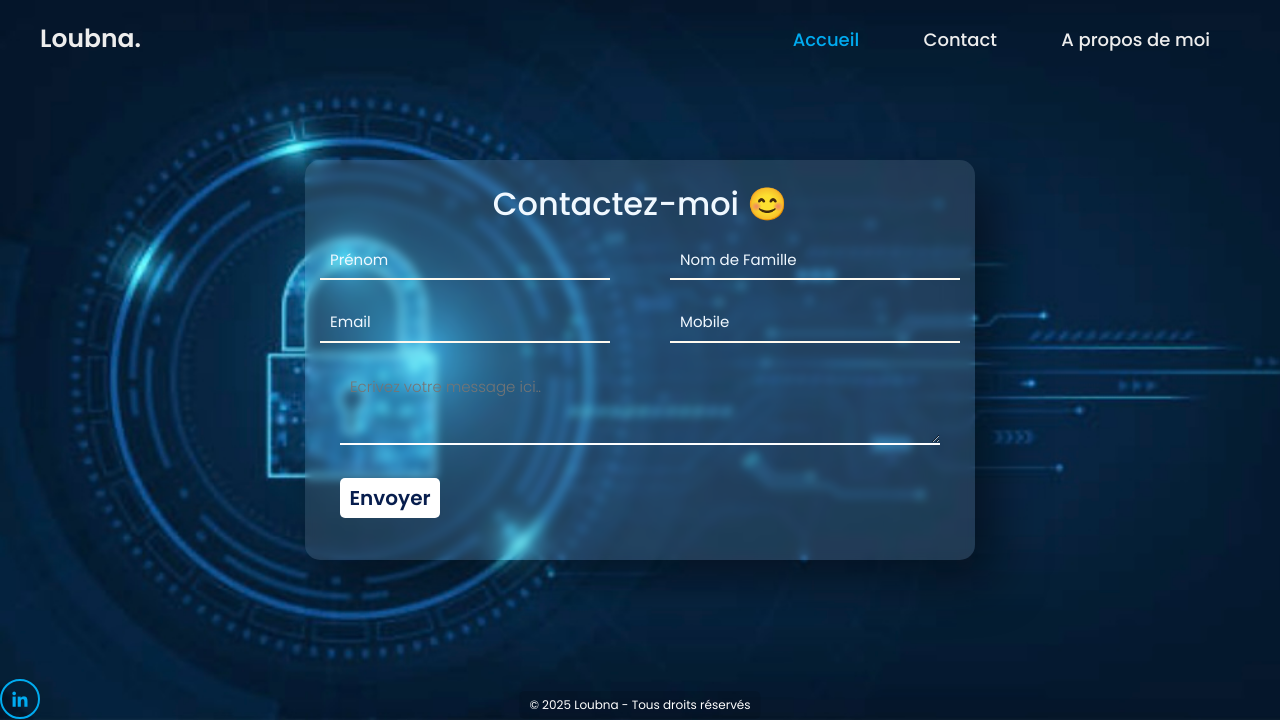
Repository: Loubna77290/Portfolio-de-Loubna
Page: contact.html
An editor plug-in stored every save of this project. The page is shown before and after the next save, followed by the edit.
The browser window is 1280 px wide. The pictures show the whole page.

Above is the page before, as saved 2025-03-11 00:06:37.

### contact.html
<!DOCTYPE html>
<html lang="en">
<head>
    <meta charset="UTF-8">
    <meta name="viewport" content="width=device-width, initial-scale=1.0">
    <title>Fiche contact</title>
    <link rel="stylesheet" href="style.css">
    <link href='https://unpkg.com/boxicons@2.1.4/css/boxicons.min.css'rel='stylesheet'>
</head>
<body>

  <header class="header">
        <a href="#" class="logo">Loubna.</a>
         <nav class="navbar">
            <a href="/index.html"class="active">Accueil</a>
            <a href="/contact.html">Contact</a>
            <a href="about.html">A propos de moi</a>
        </nav>
    </header>

    <div class="contact-background">
        <form>
            <h1>Contactez-moi &#128522;</h1>
            <input type="text" id="firstname" placeholder="Prénom"required>
            <input type="text" id="lastname" placeholder="Nom de Famille"required>
            <input type="email" id="email" placeholder="Email"required>
            <input type="text" id="mobile" placeholder="Mobile"required>
            <textarea id="message" placeholder="Ecrivez votre message ici.."required></textarea>
            <input type="submit" value="Envoyer" id="button">
        </form>



    </div>
    </section>

    <div class="home-sci">
        <a href="https://www.linkedin.com/in/loubna-m-baaa031a6/"target="_blank"><i class='bx bxl-linkedin'></i></a>
     </div>
</body>

    <footer>
        <p>&copy; 2025 Loubna - Tous droits réservés </p>
       </footer>
</html>

### style.css
@import url('https://fonts.googleapis.com/css2?family=Poppins:wght@300;400;500;600;700;800;900&display=swap');

* {
    margin: 0;
    padding: 0;
    box-sizing: border-box;
    font-family: 'Poppins', sans-serif;

}

body {
    background: #081b29;
    color: #ededed;

}

.header {
    position:fixed;
    top: 0;
    left:0;
    width: 100%;
    padding: 20px 10px;
    background: transparent;
    display: flex;
    justify-content: space-between;
    align-items: center;
    z-index: 100;
}


.logo {
    position: relative;
    margin-left: 30px;
    font-size: 25px;
    color: #ededed;
    text-decoration: none;
    font-weight: 600;

}

.logo::before {
    content: '';
    position: absolute;
    top: 0;
    right: 0;
    width: 100%;
    height: 100%;
    background: #081b29b6;
    animation: showRight 1s ease forwards;
    animation-delay: .4s;;
}

.navbar a {
    font-size: 18px;
    color: #ededed;
    text-decoration: none;
    font-weight: 500;
    margin-right: 60px;
    justify-content: flex-end;
    transition: .3s;

}

.navbar a:hover,
.navbar a.active {
    color: #00abf0;

}

.accueil {
    position: relative;
    height: 100vh;
    background: url(./IMG_7408.jpg) no-repeat center center;
    background-size: cover;
    display: flex;
    align-items: center;
    padding: 0 10%;

}

.accueil-contenu {
    background: transparent;
    max-width: 600px;


    }

.accueil-contenu h2 {
    font-size: 45px;
    font-weight: 700;
    line-height: 1.2;
    white-space: nowrap;
}

.accueil-contenu h2::before {
    content: '';
    position: absolute;
    top: 0;
    right: 0;
    width: 100%;
    height: 100%;
    background: #081b29;
    animation: showRight 1s ease forwards;
    animation-delay: 1s;
}

.accueil-contenu h3 {
    font-size: 30px;
    font-weight: 600;
    color: #0ff;

}

.accueil-contenu p {
    font-size: 16px;
    margin: 20px  0 40px;
    line-height: 1.2;
}

.accueil-contenu .btn-box {
    position: relative;
    display: flex;
    justify-content: space-between;
    width: 380px;
    height: 60px;

}

.accueil-contenu .btn-box::before {
    content: '';
    position: absolute;
    top: 0;
    right: 0;
    width: 100%;
    height: 100%;
    background: #081b294d;
    animation: showRight 1s ease forwards;
    animation-delay: 1.9s;
    z-index: 2;
}

.btn-box a {
    position: relative;
    display: inline-flex;
    justify-content: center;
    align-items: center;
    width: 150px;
    height: 110%;
    background: #00abf0;
    border: 2px solid #00abf0;
    border-radius: 8px;
    font-size: 19px;
    color: #081b29;
    text-align: center;
    text-decoration: none;
    font-weight: 600;
    letter-spacing: 1px;
    z-index: 1;
    overflow: hidden;
    transition: .5s;
}

.btn-box a:hover {
    color: #00abf0;

}

.btn-box a:nth-child(2) {
    background: transparent;
    color:#00abf0
}

.btn-box a:nth-child(2):hover {
    color:#081b29;
}


.btn-box a:nth-child(2)::before {
    background: #00abf0;
    }

.btn-box a::before {
    content: '';
    position: absolute;
    top: 0;
    left: 0;
    width: 0;
    height: 100%;
    background: #081b29;
    z-index: -1;
    transition: .5s;
}

.btn-box a:hover::before {
    width: 100%;
    }

.home-sci {
    position: absolute;
    bottom: 1px;
    width: 150px;
    display: flex;
    justify-content: space-between;
}

.home-sci::before {
    content: '';
    position: absolute;
    top: 0;
    right: 0;
    width: 100%;
    height: 100%;
    background: #081b29;
    animation: showRight 1s ease forwards;
    animation-delay: 2.5s;
    z-index: 2;
}

.home-sci a {
    position: relative;
    display: inline-flex;
    justify-content: center;
    align-items: center;
    width: 40px;
    height: 40px;
    background: transparent;
    border: 2px solid #00abf0;
    border-radius: 50%;
    font-size: 20px;
    text-decoration: none;
    z-index: 1;
    overflow: hidden;
    transition: .5s;
    color: #00abf0;
}

.home-sci a:hover {
    color: #081b29;

}
.home-sci a::before {
    content: '';
    position: absolute;
    top: 0;
    left: 0;
    width: 0;
    height: 100%;
    background:#00abf0;
    transition: .5s;
    z-index: -1;
}

.home-sci a:hover::before {
    width: 100%;
}

/* KEYFRAMES ANIMATION */
@keyframes showRight {
    100% {
        width: 0;
    }
}

.contact-background  {
    background: url('IMG_7400.jpg');
    min-height: 100vh;
    height: 100vh;
    background-size: cover;
    display: flex;
    justify-content: center;
    align-items: center;
}

.contact-background form {
    width: 670px;
    height: 400px;
    display: flex;
    justify-content: center;
    box-shadow: 20px 20px 50px rgba(0, 0, 0, 0.5);
    border-radius: 15px;
    background: rgba(255,255,255,0.1);
    backdrop-filter: blur(5px);
    flex-wrap: wrap;
}

.contact-background h1 {
    color: aliceblue;
    font-weight: 500;
    margin-top: 20px;
    width: 500px;
    text-align: center;
}

.contact-background form input {
    width: 290px;
    height: 40px;
    padding-left: 10px;
    outline: none;
    border: none;
    font-size: 15px;
    margin-bottom: 10px;
    background: none;
    border-bottom: 2px solid floralwhite;
     }


 .contact-background form input::placeholder {
    color: aliceblue;
 }

 .contact-background form #lastname,
 .contact-background form #mobile {
    margin-left: 60px;

 }
.contact-background form h4 {
    font-weight: 300;
    width: 600px;
    margin-top: 20px;
}

.contact-background form textarea {
    background: none;
    border: none;
    border-bottom: 2px solid #ffff;
    color: #ffff;
    font-weight: 200;
    font-size: 15px;
    padding: 10px;
    outline: none;
    min-width: 600px;
    max-width: 600px;
    min-height: 80px;
    max-height: 80px;

}

textarea::-webkit-scrollbar {
     width: 1em;
}

textarea::-webkit-scrollbar-thumn {
    background-color: #ffff;

}


.contact-background form #button {
    border: none;
    background: #ffff;
    border-radius: 5px;
    margin-top: 20px;
    font-weight: 600;
    font-size: 20px;
    color: #071d4d;
    width: 100px;
    padding: 0;
    margin-right: 500px;
    margin-bottom: 30px;
    transition: 0.3s;

}


.contact-background form #button:hover {
    opacity: 0.7;

}
/* footer page à propos de moi  */
footer {
    position: absolute;
    bottom: 1px;
    left: 50%;
    transform: translate(-50%);
    background: rgba(0, 0, 0, 0.116);
    color: white;
    padding: 5px 10px;
    font-size: 12px;
    border-radius: 5px;
    z-index: 10;
}

.about-background  {
    background: url('IMG_7400.jpg');
    height: 100vh;
    background-size: cover;
    display: flex;
}

/* contenu de la page à propos de moi  */
.about-content {
    display: flex;
    flex-direction: column;
    justify-content: baseline;
    margin-top: 40px;
    width: 100%;
}

.about-content h1 {
    font-weight: 900;
    color: #ededed;
   margin-left: 120px;
}

.about-content p {
    padding: 30px;
    color: #ffff;
    text-align: left;
}

.about-content h2 {
    font-weight: 900;
    color: #ededed;
   margin-left: 100px;
}

.about-background {
    display: flex;
    justify-content: space-between;
    align-items:flex-start;
    padding: 50px;
}
.about-content {
    width: 55%;
}

.about-skills {
    margin: 100px;
    width: 40%;
    background: rgba(255,255,255,0.1);
    padding: 20px;
    border-radius: 10px;

}

.about-skills h2 {
    color: #00abf0;
    margin-bottom: 10px;
}

.about-skills ul {
    list-style: none;
    padding: 0;

}

.about-skills li {
    font-size: 16px;
    margin-bottom: 25px;
 }

 .about-content {
    opacity: 0;
    animation: fadeIn 1s ease-in forwards;
    animation-delay: 1s;
 }

 .about-skills {
     opacity: 0;
     animation: fadeIn 1s ease-in forwards;
     animation-delay: 3s;
    }

    /* mise en place d'animation avec keyframe  */

    @keyframes fadeIn {
        from{
            opacity: 0;
            transform: translateY(20px);
        }
        to {
            opacity: 1;
            transform: translateY(0);
        }
    }


    /* style fiche contact css  */

After the next save:
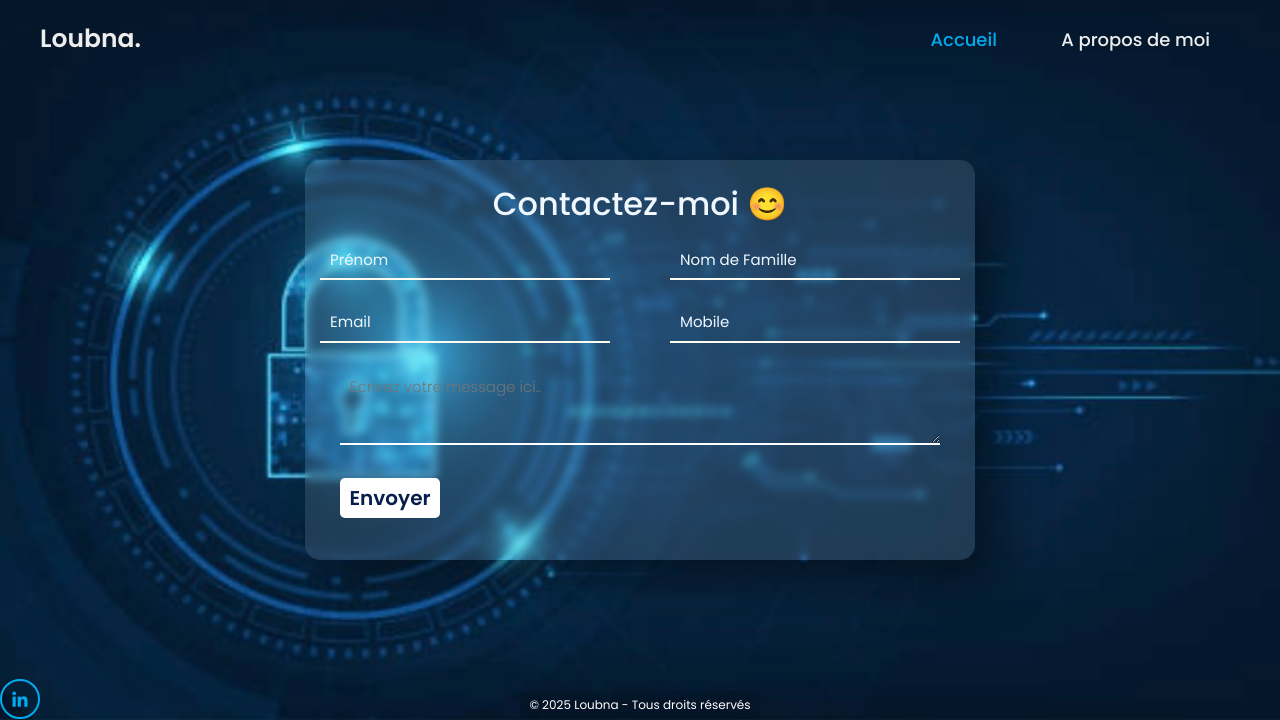
Saved 2 min 42 s later.
--- a/contact.html
+++ b/contact.html
@@ -13,7 +13,6 @@
         <a href="#" class="logo">Loubna.</a>
          <nav class="navbar">
             <a href="/index.html"class="active">Accueil</a>
-            <a href="/contact.html">Contact</a>
             <a href="about.html">A propos de moi</a>
         </nav>
     </header>
